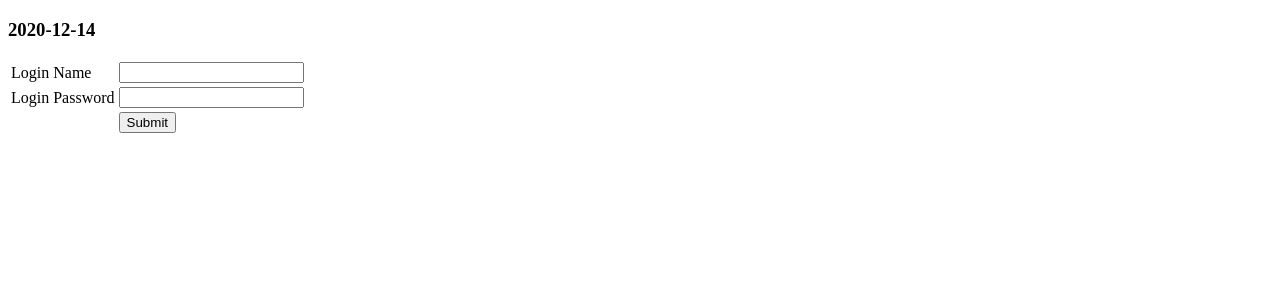
Repository: pyaephyotint22/Maven-Student-Course
Page: http://localhost/02-helloo-servlet/
These files come from the project's save history. The page is drawn as it stood at one moment and after the next save; the edit follows.
The browser window is 1280 px wide. The pictures show the whole page.
The page is served by Tomcat 9.

Above is the page before, as saved 2020-12-14 13:39:29.

After the next save:
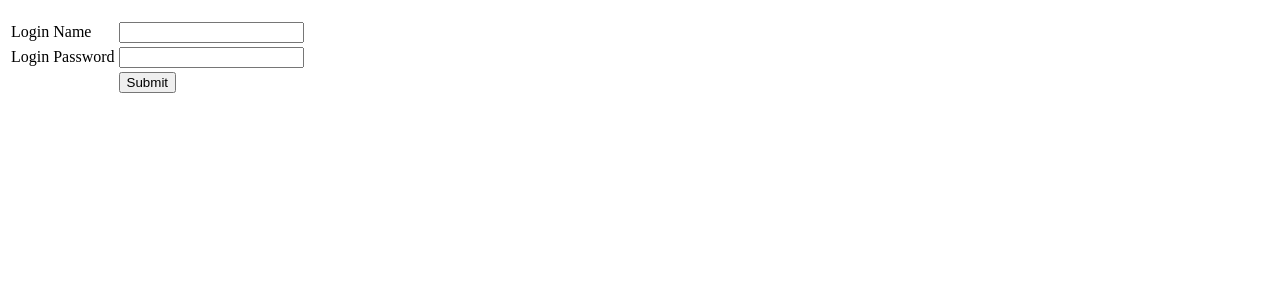
Saved 15 h 37 min later.
--- a/02-helloo-servlet/src/main/webapp/index.jsp
+++ b/02-helloo-servlet/src/main/webapp/index.jsp
@@ -5,10 +5,10 @@
 <html>
 <head>
 <meta charset="ISO-8859-1">
-<title>Insert title here</title>
+<title>Login</title>
 </head>
 <body>
-<h3><% out.println(LocalDate.now());%></h3>
+<h3> </h3>
 <form action="#" method="post">
 	<table>
 	<tr>
@@ -20,7 +20,7 @@
 	<tr>
 	<td>Login Password</td>
 	<td>
-	 <input type="text" name="usepassword" />
+	 <input type="password" name="usepassword" />
 	</td>
 	</tr>
 	<tr>
